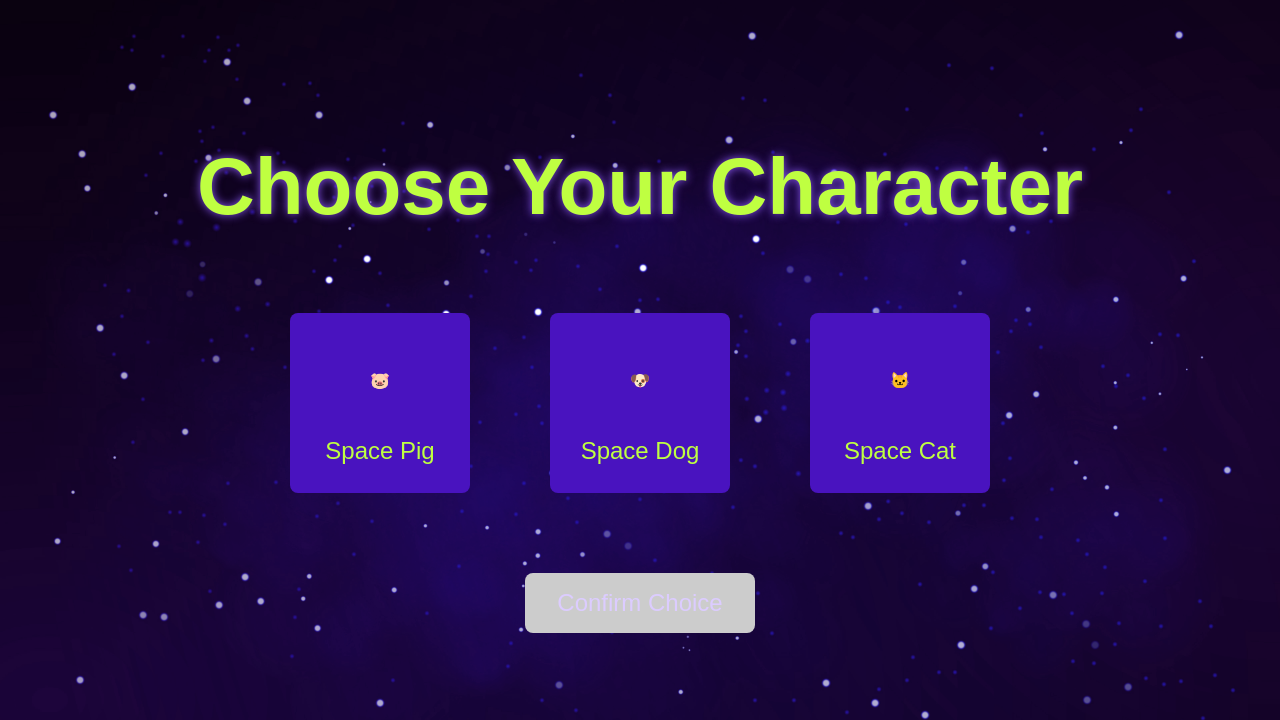
Repository: brunaguarizo/SpaceFarm
Page: index.html
An editor plug-in stored every save of this project. The page is shown before and after the next save, followed by the edit.
The browser window is 1280 px wide. The pictures show the whole page.
The pointer rests on the first visible `#confirm-btn`.
Some web fonts or font styles are not loaded; a fallback is used.

Above is the page before, as saved 2025-04-24 11:24:15.

After the next save:
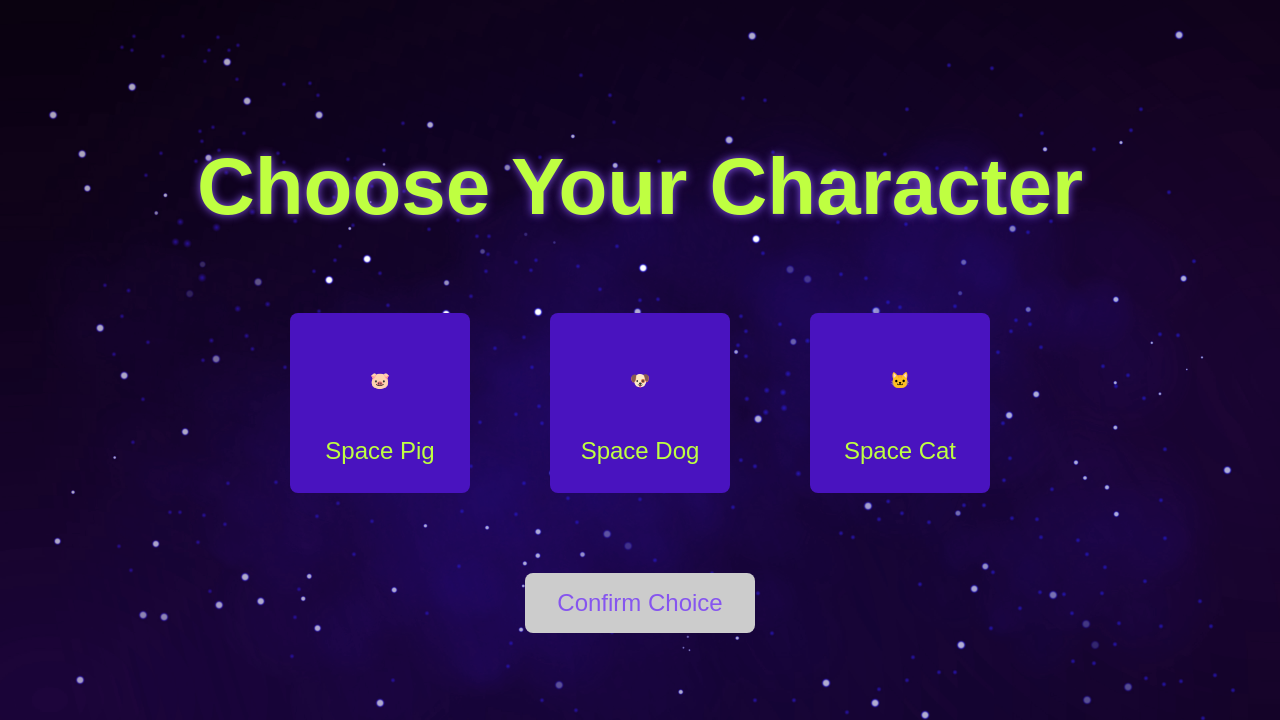
Saved 5 s later.
--- a/styles.css
+++ b/styles.css
@@ -93,7 +93,7 @@ body {
 
 #confirm-btn:hover {
     background-color: var(--mid-green);
-    color: var(--light-purple);
+    color: var(--mid-purple);
 }
 
 #confirm-btn:disabled {
